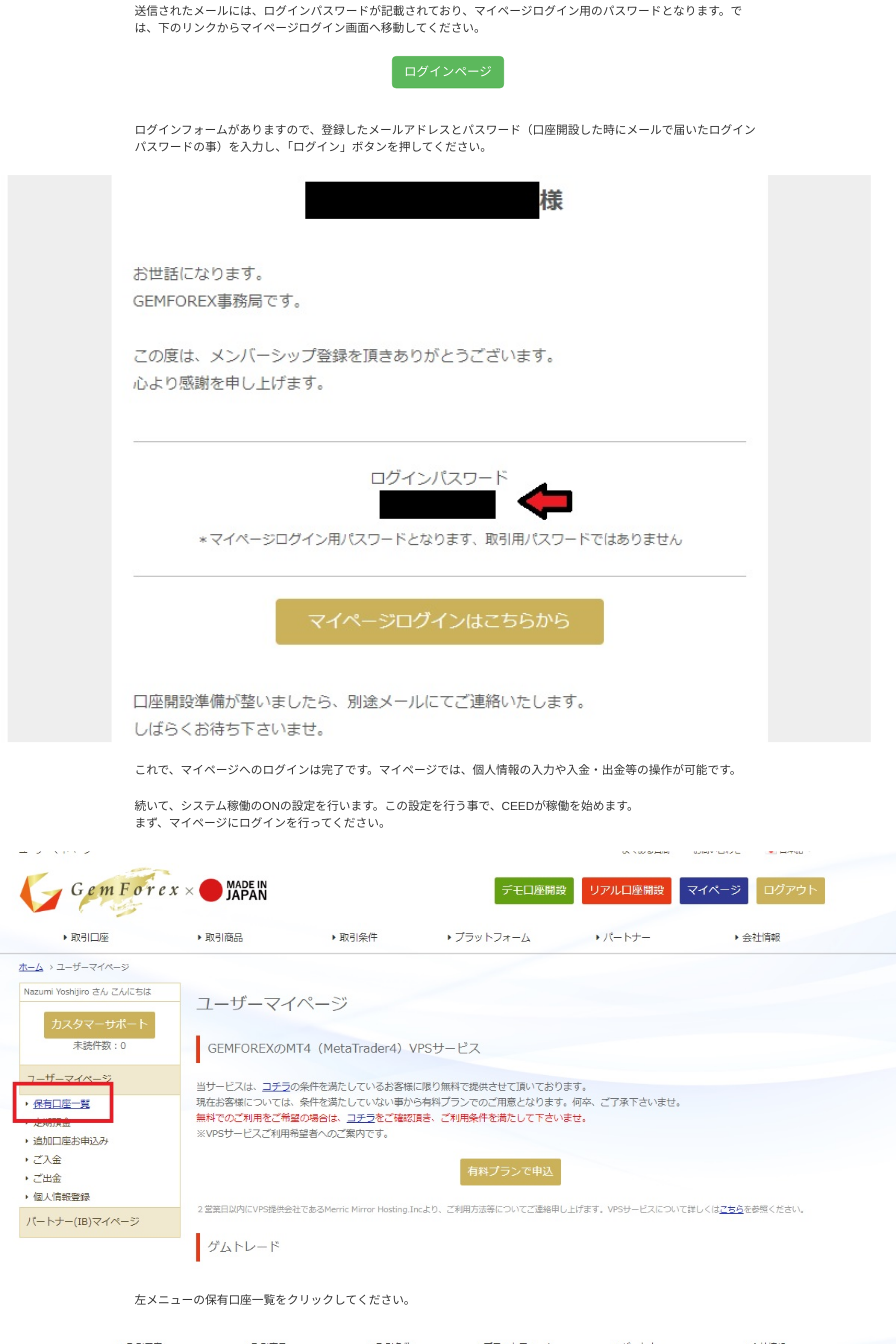
Repository: kkttuu1013/ProjectCeed
Page: http://localhost/start
The author's editor kept a record of every edit. The page is drawn from the files as they stood at one moment, then again after the next edit.
The browser window is 1280 px wide. The pictures show the part of the page from y = 2833 to 4753 px (the page is 11681 px tall before and 12255 px after), at 70% of full size.
Some web libraries are served in a nearby version. The page is served by the project's Node server (server.js).

Above is the page before.
Console error: ReferenceError: jQuery is not defined

After the next edit:
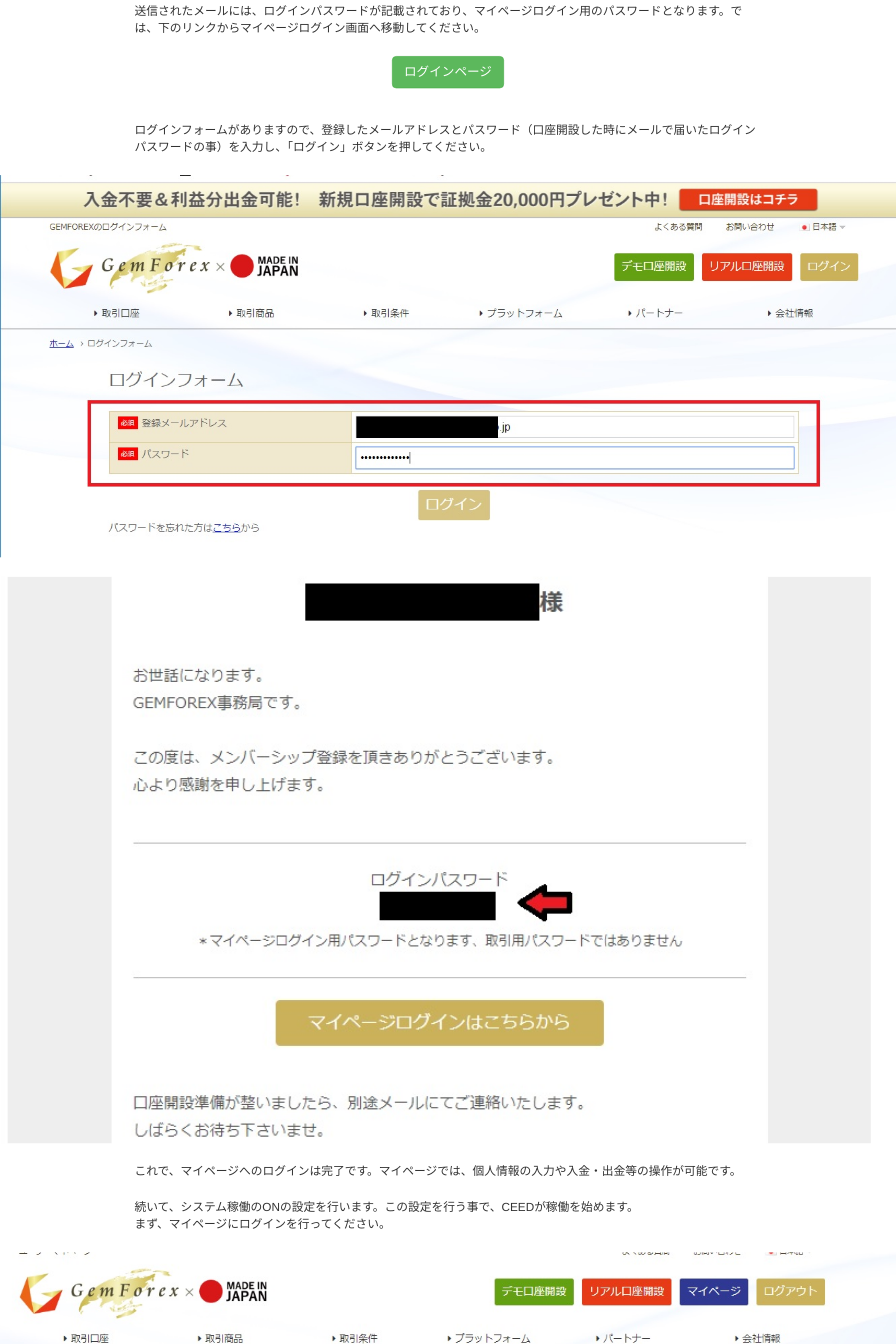
The edit:
--- a/views/start.ejs
+++ b/views/start.ejs
@@ -92,6 +92,9 @@
     ログインフォームがありますので、登録したメールアドレスとパスワード（口座開設した時にメールで届いたログインパスワードの事）を入力し、「ログイン」ボタンを押してください。
     </p>
     </div>
+    <div class="wrapper5">
+    <img class="responsiveImg" src="/images/6.jpg">
+    </div>
 
     <div class="wrapper5">
     <img class="responsiveImg" src="/images/4.jpg">
